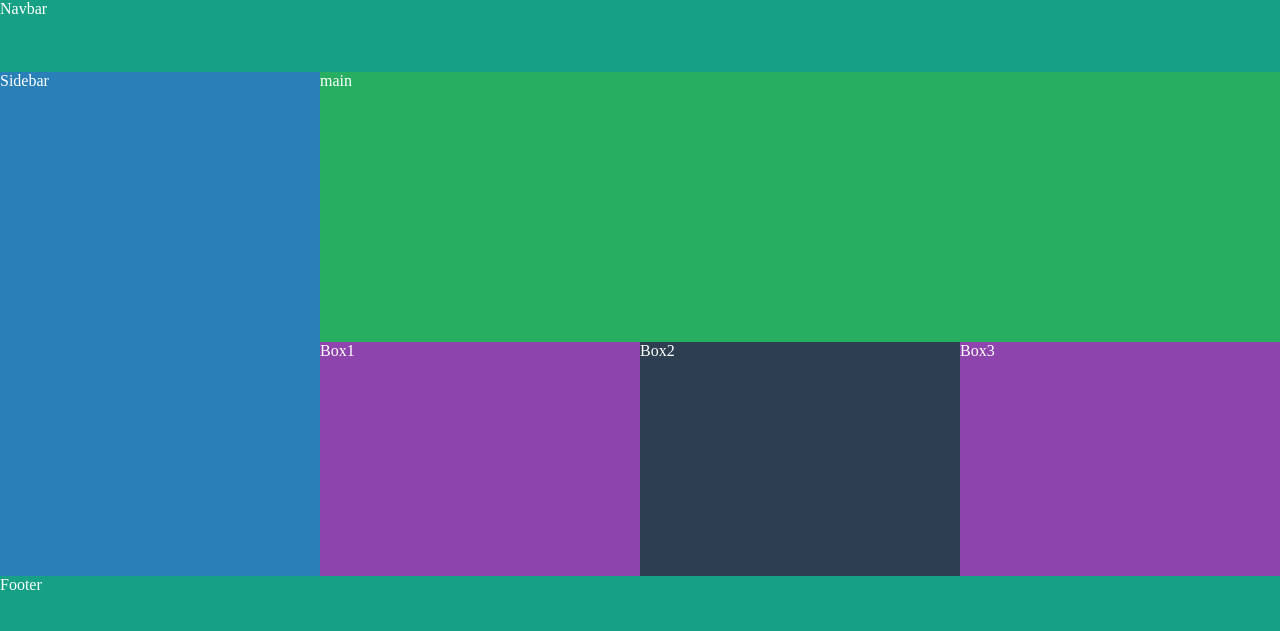
Repository: nazmulhaquep/WebDesign
Page: LayoutHtmlCss/index.html
The author's editor kept a copy of each file at every save. The page is drawn from the files as they stood at one save, then again after the next save.
The browser window is 1280 px wide. The pictures show the whole page.

Above is the page before, as saved 2023-11-26 12:21:02.

### LayoutHtmlCss/index.html
<!DOCTYPE html>
<html lang="en">
<head>
    <meta charset="UTF-8">
    <meta name="viewport" content="width=device-width, initial-scale=1.0">
    <link rel="stylesheet" href="style.css">
    <title>Responsive Website layout using css</title>
</head>
<body>
    <div class="container">
        <nav>Navbar</nav>
        <main>main</main>
        <div class="sidebar">Sidebar</div>
        <div class="box1">Box1</div>
        <div class="box2">Box2</div>
        <div class="box3">Box3</div>
        <footer>Footer</footer>
    </div>
</body>
</html>

### LayoutHtmlCss/style.css
*{
    padding: 0;
    margin: 0;
    box-sizing: border-box;
    font-family: cursive;
}

.container{
   display: grid;
   height: 100vh;
   grid-template-columns: 1fr 1fr 1fr 1fr; /*number of column*/
   grid-template-rows: 0.4fr 1.5fr 1.3fr 0.8fr;
   color:white;
   /* column row define */
   grid-template-areas: "navbar navbar navbar navbar"
                        "sidebar main main main"
                        "sidebar box1 box2 box3"
                        "footer footer footer footer";
}

nav{
    background: #16a085;
    grid-area:navbar;
}
main{
    background:#27ae60;
    grid-area:main;
}
.sidebar{
    background:#2980b9;
    grid-area:sidebar;
}
.box1{
    background:#8e44ad;
    grid-area:box1;
}
.box2{
    background:#2c3e50;
    grid-area:box2;
}
.box3{
    background:#8e44ad;
    grid-area:box3;
}

footer{
    background:#16a085;
    grid-area:footer;
}

After the next save:
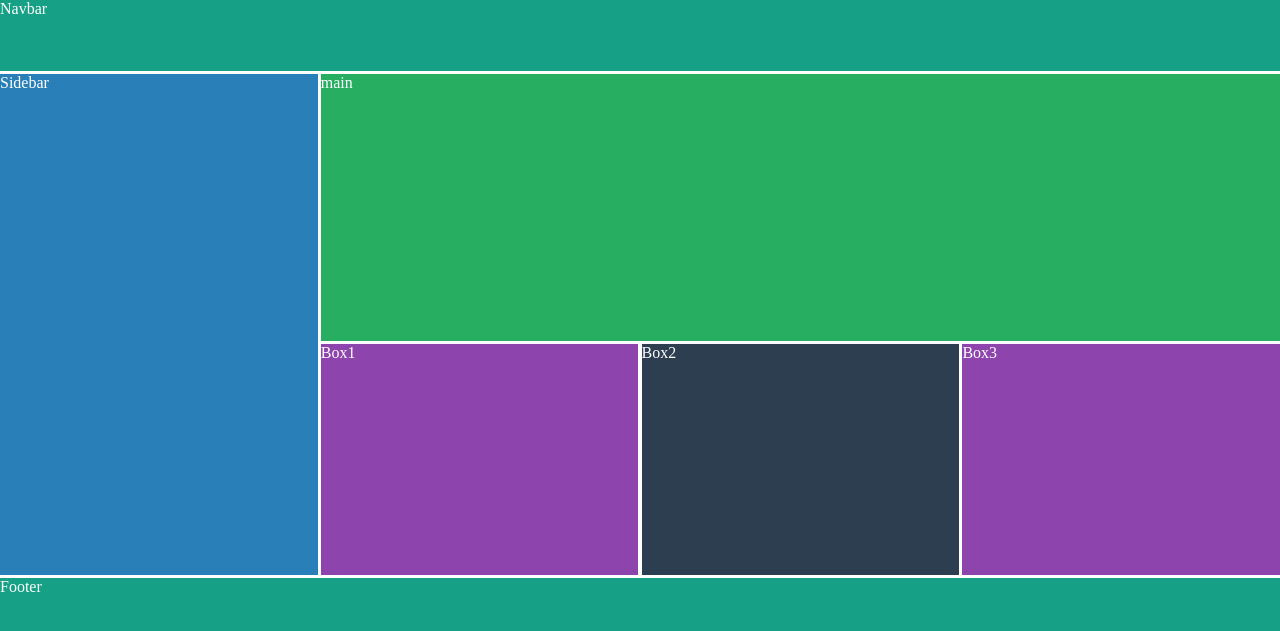
Saved 117 s later.
--- a/LayoutHtmlCss/style.css
+++ b/LayoutHtmlCss/style.css
@@ -16,6 +16,7 @@
                         "sidebar main main main"
                         "sidebar box1 box2 box3"
                         "footer footer footer footer";
+    grid-gap:0.2rem;
 }
 
 nav{
